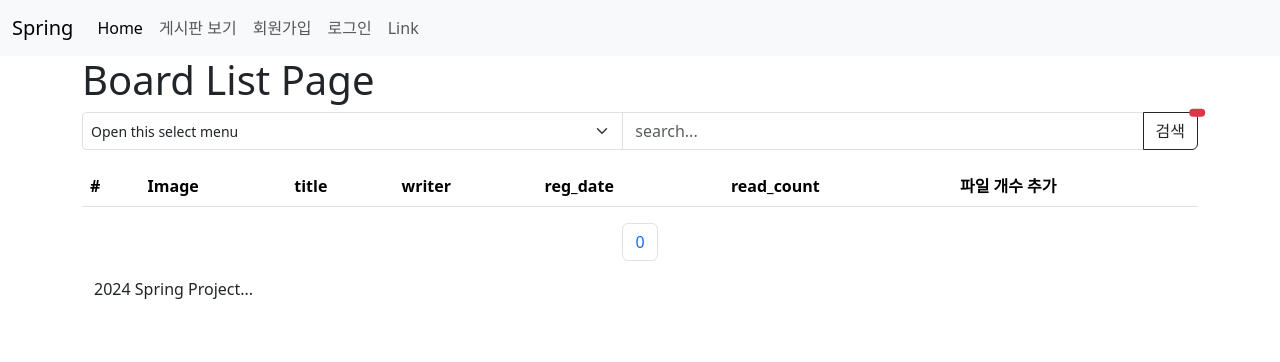
Repository: oco0217/springTest240430
Page: http://localhost/spring_study/WEB-INF/views/board/list.jsp
These files come from the project's save history. The page is drawn as it stood at one moment and after the next save; the edit follows.
The browser window is 1280 px wide. The pictures show the whole page.
The page is served by Tomcat 9. Nobody is signed in. The template is opened directly, without the code that normally fills it, so the values that code supplies are empty.

Above is the page before, as saved 2024-04-30 06:00:45.

### spring_study/src/main/webapp/WEB-INF/views/board/list.jsp
<%@ page language="java" contentType="text/html; charset=UTF-8"
	pageEncoding="UTF-8"%>
<%@ taglib uri="http://java.sun.com/jsp/jstl/core" prefix="c"%>

<jsp:include page="../layout/header.jsp" />

<div class="container-md">

	<h1>Board List Page</h1>

	<!-- 검색라인 -->
	<form class="d-flex" action="/board/list" method="get">
		<div class="input-group mb-3">
			<select name="type" class="form-select form-select-sm"
				aria-label="Small select example">
				<option ${ph.pgvo.type == null ? 'selected' : '' } selected >Open this select menu</option>
				<option ${ph.pgvo.type eq 't' ? 'selected' : '' } value="t">게시글</option>
				<option ${ph.pgvo.type eq 'w' ? 'selected' : '' } value="w">작성자</option>
				<option ${ph.pgvo.type eq 'c' ? 'selected' : '' } value="c">내용</option>
				<option ${ph.pgvo.type eq 'tc' ? 'selected' : '' } value="tc">제목+내용</option>
				<option ${ph.pgvo.type eq 'wc' ? 'selected' : '' } value="wc">작성자+내용</option>
				<option ${ph.pgvo.type eq 'tw' ? 'selected' : '' } value="tw">제목+작성자</option>
				<option ${ph.pgvo.type eq 'twc' ? 'selected' : '' } value="twc">전체</option>
			</select>
			<input name="keyword" type="text" class="form-control"aria-label="Text input with dropdown button" placeholder="search..." value="${ph.pgvo.keyword}">
				<input type="hidden" name="pageNo" value="1" >
				<input type="hidden" name="qty" value="10">
			<button type="submit" class="btn btn-outline-dark position-relative">
				검색 <span
					class="position-absolute top-0 start-100 translate-middle badge rounded-pill bg-danger">
					${ph.totalCount } <span class="visually-hidden">unread messages</span>
				</span>
			</button>
		</div>
	</form>


	<table class="table table-hover">
		<thead>
			<tr>
				<th>#</th>
				<th>Image</th>
				<th>title</th>
				<th>writer</th>
				<th>reg_date</th>
				<th>read_count</th>
				<th>파일 개수 추가</th>
			</tr>
		</thead>

		<tbody>
			<c:forEach items="${list }" var="li">
				<tr>
					<td>${li.bno }</td>
					<td>
					<a href="/board/detail?bno=${li.bno }">${li.title }
					<c:if test="${li. cmt_qty ne 0}">
					<strong style="color: red;">[${li.cmt_qty }]</strong>
					</c:if>
					</a></td>
					<td>${li.writer }</td>
					<td>${li.reg_date }</td>
					<td>${li.read_count }</td>
					<td>
					<span class="badge text-bg-info">${li.has_file } UploadFile</span>
					</td>
				</tr>
			</c:forEach>
		</tbody>
	</table>


	<!-- 페이지네이션 -->

	<nav aria-label="Page navigation example">
		<ul class="pagination justify-content-center">

		<c:if test="${ph.prev }">
			<li class="page-item"><a class="page-link" href="/board/list?pageNo=${ph.startPage-1 }&qty=${ph.pgvo.qty}&type=${ph.pgvo.type}&keyword=${ph.pgvo.keyword}"
				aria-label="Previous"> <span aria-hidden="true">&laquo;</span></a></li>
		</c:if>


				<c:forEach begin="${ph.startPage }" end="${ph.endPage }" var="i">
			<li class="page-item"><a class="page-link" href="/board/list?pageNo=${i }&qty=${ph.pgvo.qty}&type=${ph.pgvo.type}&keyword=${ph.pgvo.keyword}"> ${i } </a></li>
				</c:forEach>

				<c:if test="${ph.next }">
			<li class="page-item"><a class="page-link" href="/board/list?pageNo=${ph.endPage+1 }&qty=${ph.pgvo.qty}&type=${ph.pgvo.type}&keyword=${ph.pgvo.keyword}"
				aria-label="Next"> <span aria-hidden="true">&raquo;</span>
			</a></li>
				</c:if>
		</ul>
	</nav>


	<jsp:include page="../layout/footer.jsp" />
</div>

### spring_study/src/main/webapp/WEB-INF/views/layout/header.jsp
<%@ page language="java" contentType="text/html; charset=UTF-8"
    pageEncoding="UTF-8"%>
    <%@ taglib uri="http://java.sun.com/jsp/jstl/core" prefix="c" %>
<!DOCTYPE html>
<html>
<head>
<meta charset="UTF-8">
<title>header.jsp</title>
<link href="https://cdn.jsdelivr.net/npm/bootstrap@5.3.3/dist/css/bootstrap.min.css" rel="stylesheet" integrity="sha384-QWTKZyjpPEjISv5WaRU9OFeRpok6YctnYmDr5pNlyT2bRjXh0JMhjY6hW+ALEwIH" crossorigin="anonymous">
<script src="https://cdn.jsdelivr.net/npm/bootstrap@5.3.3/dist/js/bootstrap.bundle.min.js" integrity="sha384-YvpcrYf0tY3lHB60NNkmXc5s9fDVZLESaAA55NDzOxhy9GkcIdslK1eN7N6jIeHz" crossorigin="anonymous"></script>
</head>
<body>
<nav class="navbar navbar-expand-lg bg-body-tertiary">
  <div class="container-fluid">
    <a class="navbar-brand" href="#">Spring</a>
    <button class="navbar-toggler" type="button" data-bs-toggle="collapse" data-bs-target="#navbarSupportedContent" aria-controls="navbarSupportedContent" aria-expanded="false" aria-label="Toggle navigation">
      <span class="navbar-toggler-icon"></span>
    </button>
    <div class="collapse navbar-collapse" id="navbarSupportedContent">
      <ul class="navbar-nav me-auto mb-2 mb-lg-0">
        <li class="nav-item">
          <a class="nav-link active" aria-current="page" href="/">Home</a>
        </li>
        <c:if test="${ses ne null }">
        <li class="nav-item">
          <a class="nav-link" href="/board/register">게시판 글쓰기</a>
        </li>
        </c:if>
        <li class="nav-item">
          <a class="nav-link" href="/board/list">게시판 보기</a>
        </li>
        <c:if test="${ses eq null }">
        <li class="nav-item">
          <a class="nav-link" href="/member/register">회원가입</a>
        </li>
        <li class="nav-item">
          <a class="nav-link" href="/member/login">로그인</a>
        </li>
        </c:if>
        <c:if test="${ses ne null }">
        <li class="nav-item">
          <a class="nav-link" href="/member/logout">로그아웃</a>
        </li>
        <li class="nav-item">
          <a class="nav-link" href="/member/modify">${ses.id }(${ses.email }) Welcome!!</a>
        </li>
        </c:if>
        <li class="nav-item">
          <a class="nav-link" href="http://www.google.com" target="_blank" >Link</a>
        </li>
      </ul>
    </div>
  </div>
</nav>

### spring_study/src/main/webapp/WEB-INF/views/layout/footer.jsp
<%@ page language="java" contentType="text/html; charset=UTF-8"
    pageEncoding="UTF-8"%>

<div class="container-md">
2024 Spring Project...
</div>

</body>
</html>

After the next save:
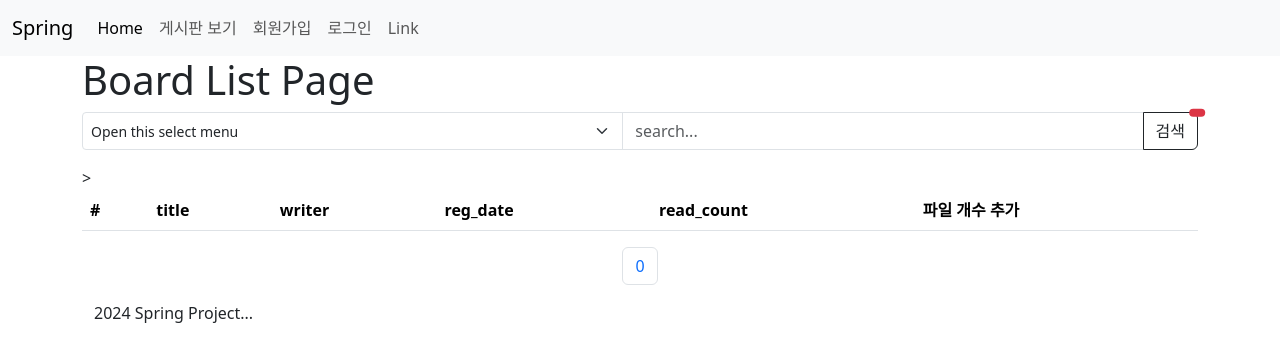
Saved 30 s later.
--- a/spring_study/src/main/webapp/WEB-INF/views/board/list.jsp
+++ b/spring_study/src/main/webapp/WEB-INF/views/board/list.jsp
@@ -38,8 +38,7 @@
 	<table class="table table-hover">
 		<thead>
 			<tr>
-				<th>#</th>
-				<th>Image</th>
+				<th>#</th>>
 				<th>title</th>
 				<th>writer</th>
 				<th>reg_date</th>
